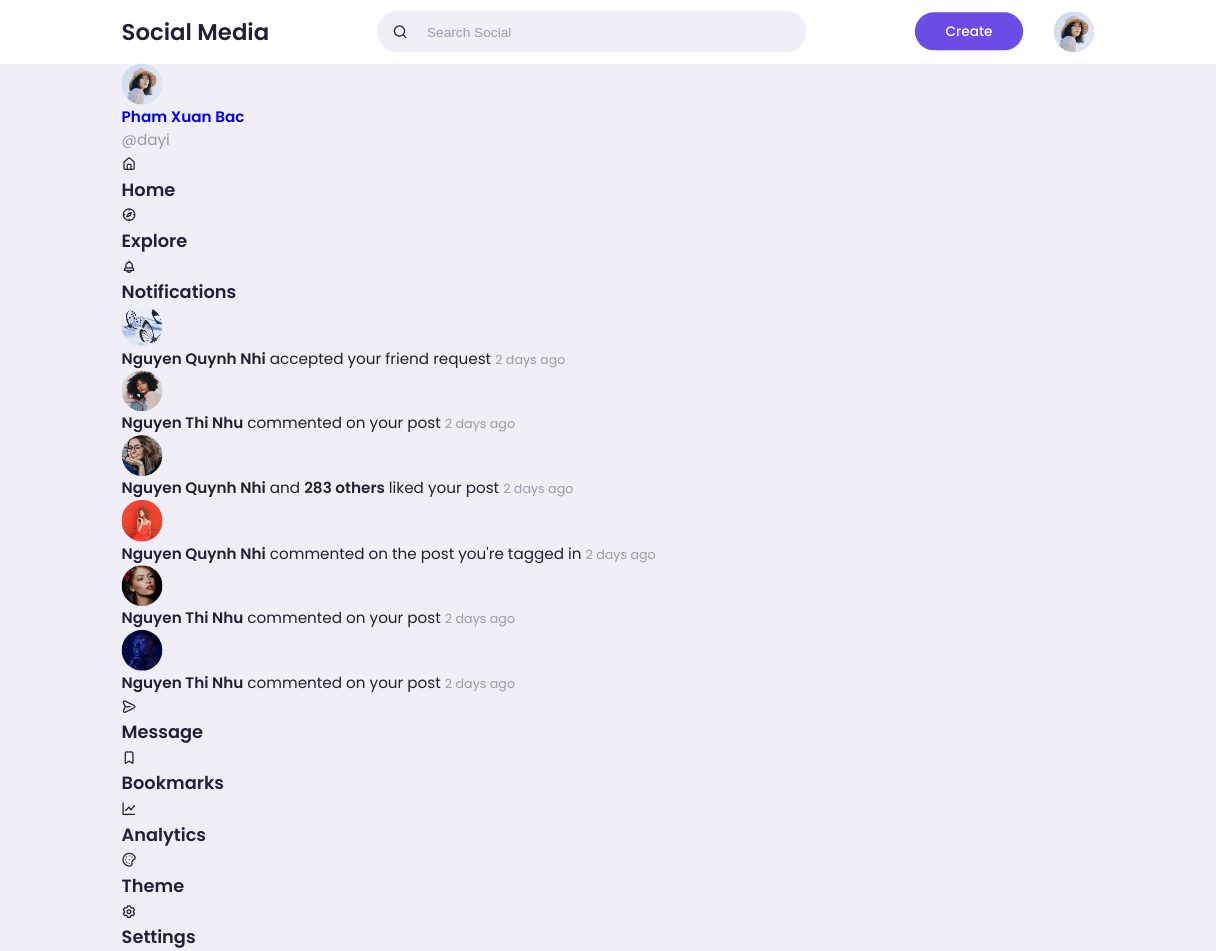
Repository: northpx/socialMedia
Page: index.html
An editor plug-in stored every save of this project. The page is shown before and after the next save, followed by the edit.
The browser window is 1280 px wide. The pictures show the whole page, at 95% of full size.

Above is the page before, as saved 2023-03-07 17:11:55.

### index.html
<!DOCTYPE html>
<html lang="en">
<head>
    <meta charset="UTF-8">
    <meta http-equiv="X-UA-Compatible" content="IE=edge">
    <meta name="viewport" content="width=device-width, initial-scale=1.0">
    <link rel="stylesheet" href="/css/style.css">
    <link rel="stylesheet" href="https://unicons.iconscout.com/release/v4.0.0/css/line.css">
    <title>Social Media</title>
</head>
<body>
    <nav>
        <div class="container">
            <h2 class="logo">
                Social Media
            </h2>
            <div class="search-bar">
                <i class="uil uil-search"></i>
                <input type="search" placeholder="Search Social">
            </div>
            <div class="create">
                <label for="create-post" class="btn btn-primary">Create</label>
                <div class="profile-picture">
                    <img src="./images/profile-1.jpg" alt="">
                </div>
            </div>
        </div>
    </nav>

    <main>
        <div class="container">
            <!-- ===========LEFT================ -->
            <div class="left">
                <a href="#" class="profile">
                    <div class="profile-picture">
                        <img src="./images/profile-1.jpg" alt="">
                    </div>
                    <div class="handle">
                        <h4>Pham Xuan Bac</h4>
                        <p class="text-muted">
                            @dayi
                        </p>
                    </div>
                </a>
                <!-- =================SIDEBAR=========== -->
                <div class="sidebar">
                    <a class="menu-item active">
                        <span><i class="uil uil-estate"></i></span><h3>Home</h3>
                    </a>
                    <a class="menu-item">
                        <span><i class="uil uil-compass"></i></span><h3>Explore</h3>
                    </a>
                    <a class="menu-item">
                        <span><i class="uil uil-bell"></i></span><h3>Notifications</h3>
                        <!-- -----notification popup----- -->
                        <div class="notification-popup">
                            <div>
                                <div class="profile-picture">
                                    <img src="./images/profile-2.jpg" alt="">
                                </div>
                                <div class="notification-body">
                                    <b>Nguyen Quynh Nhi</b> accepted your friend request
                                    <small class="text-muted">2 days ago</small>
                                </div>
                            </div>
                            <div>
                                <div class="profile-picture">
                                    <img src="./images/profile-3.jpg" alt="">
                                </div>
                                <div class="notification-body">
                                    <b>Nguyen Thi Nhu</b> commented on your post
                                    <small class="text-muted">2 days ago</small>
                                </div>
                            </div>
                            <div>
                                <div class="profile-picture">
                                    <img src="./images/profile-4.jpg" alt="">
                                </div>
                                <div class="notification-body">
                                    <b>Nguyen Quynh Nhi</b> and <b>283 others</b> liked your post
                                    <small class="text-muted">2 days ago</small>
                                </div>
                            </div>
                            <div>
                                <div class="profile-picture">
                                    <img src="./images/profile-5.jpg" alt="">
                                </div>
                                <div class="notification-body">
                                    <b>Nguyen Quynh Nhi</b> commented on the post you're tagged in
                                    <small class="text-muted">2 days ago</small>
                                </div>
                            </div>
                            <div>
                                <div class="profile-picture">
                                    <img src="./images/profile-6.jpg" alt="">
                                </div>
                                <div class="notification-body">
                                    <b>Nguyen Thi Nhu</b> commented on your post
                                    <small class="text-muted">2 days ago</small>
                                </div>
                            </div>
                            <div>
                                <div class="profile-picture">
                                    <img src="./images/profile-7.jpg" alt="">
                                </div>
                                <div class="notification-body">
                                    <b>Nguyen Thi Nhu</b> commented on your post
                                    <small class="text-muted">2 days ago</small>
                                </div>
                            </div>
                        </div>
                    </a>
                    <a class="menu-item">
                        <span><i class="uil uil-message"></i></span><h3>Message</h3>
                    </a>
                    <a class="menu-item">
                        <span><i class="uil uil-bookmark"></i></span><h3>Bookmarks</h3>
                    </a>
                    <a class="menu-item">
                        <span><i class="uil uil-chart-line"></i></span><h3>Analytics</h3>
                    </a>
                    <a class="menu-item">
                        <span><i class="uil uil-palette"></i></span><h3>Theme</h3>
                    </a>
                    <a class="menu-item">
                        <span><i class="uil uil-setting"></i></span><h3>Settings</h3>
                    </a>
                </div>

                <label for="creat-post" class="creat-post"></label>
            </div>
            <!-- ===============MIDDLE============== -->
            <div class="middle">

            </div>
            <!-- ==============RIGHT============== -->
            <div class="right">

            </div>
        </div>
    </main>
</body>
</html>

### css/style.css
@import url("https://fonts.googleapis.com/css2?family=Poppins:ital,wght@0,400;0,500;0,600;1,400;1,500;1,600&family=Roboto:ital,wght@0,100;0,300;0,400;0,500;0,700;0,900;1,100;1,300;1,400;1,500;1,700;1,900&display=swap");
:root {
  --color-white: hsl(252,30%,100%);
  --color-light: hsl(252,30%,95%);
  --color-gray: hsl(252,15%,65%);
  --color-primary: hsl(252,75%,60%);
  --color-secondary: hsl(252,100%,90%);
  --color-success: hsl(120,95%,65%);
  --color-danger: hsl(0,95%,65%);
  --color-dark: hsl(252,30%,17%);
  --color-black: hsl(252,30%,10%);
  --border-radius: 2rem;
  --card-border-radius: 1rem;
  --btn-padding: 0.6rem 2rem;
  --search-padding: 0.6rem 1rem;
  --card-padding: 1rem;
  --sticky-top-left: 5.4rem;
  --sticky-top-right: -18rem;
}

*, *::before, *::after {
  margin: 0;
  padding: 0;
  outline: 0;
  box-sizing: border-box;
  text-decoration: none;
  list-style: none;
  border: none;
}

body {
  font-family: "Poppins", sans-serif;
  color: var(--color-dark);
  background: var(--color-light);
  overflow-x: hidden;
}

.container{
    width: 80%;
    margin: 0 auto;
}

.profile-picture{
    width: 2.7rem;
    aspect-ratio: 1/1;
    border-radius: 50%;
    overflow: hidden;
}

img{
    display: block;
    width: 100%;
}

.btn{
    display:  inline-block;
    padding: var(--btn-padding);
    font-weight: 500;
    border-radius: var(--border-radius);
    cursor: pointer;
    transition: all .3s ease;
    font-size: 0.9rem;
}

.btn:hover{
    opacity: 0.8;
}

.btn-primary{
    background: var(--color-primary);
    color: white;
}

.text-bold{
    font-weight: 500;
}

.text-muted{
    color: var(--color-gray);
}

nav{
    width: 100%;
    background: var(--color-white);
    padding: 0.7rem 0;
    top: 0;
    z-index: 10;
}

nav .container{
    display: flex;
    align-items: center;
    justify-content: space-between;
}

nav .search-bar{
    background: var(--color-light);
    border-radius: var(--border-radius);
    padding: var(--search-padding);
}

nav .search-bar input[type="search"]{
    background: transparent;
    width: 30vw;
    margin-left: 1rem;
    font-size: 0.9rem;
    color: var(--color-dark);
}

nav .search-bar input[type="search"]::placeholder{
    color: var(--color-gray);

}

nav .create{
    display: flex;
    align-items: center;
    gap: 2rem;
}

After the next save:
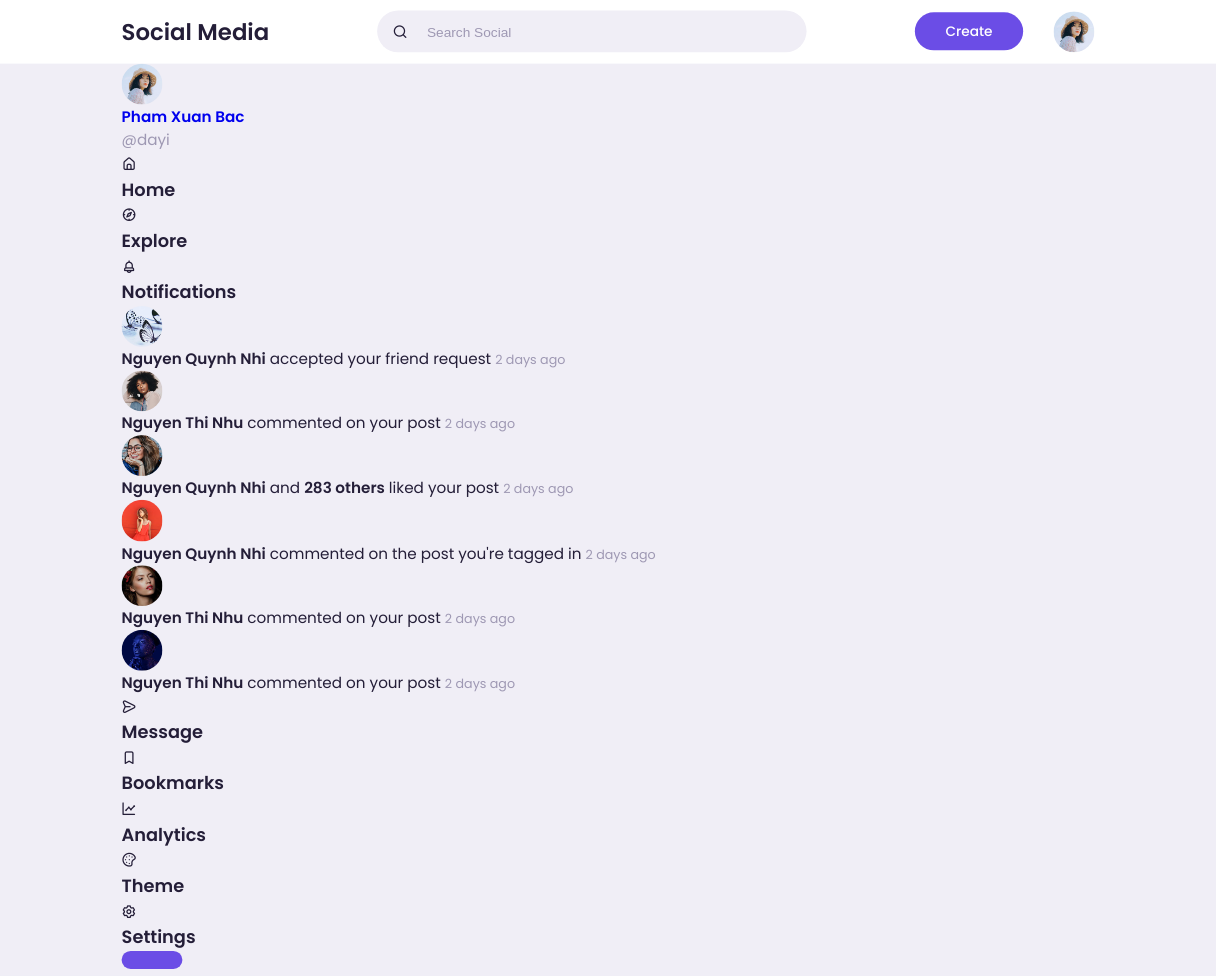
Saved 7 s later.
--- a/index.html
+++ b/index.html
@@ -127,7 +127,7 @@
                     </a>
                 </div>
 
-                <label for="creat-post" class="creat-post"></label>
+                <label for="creat-post" class="btn btn-primary"></label>
             </div>
             <!-- ===============MIDDLE============== -->
             <div class="middle">
